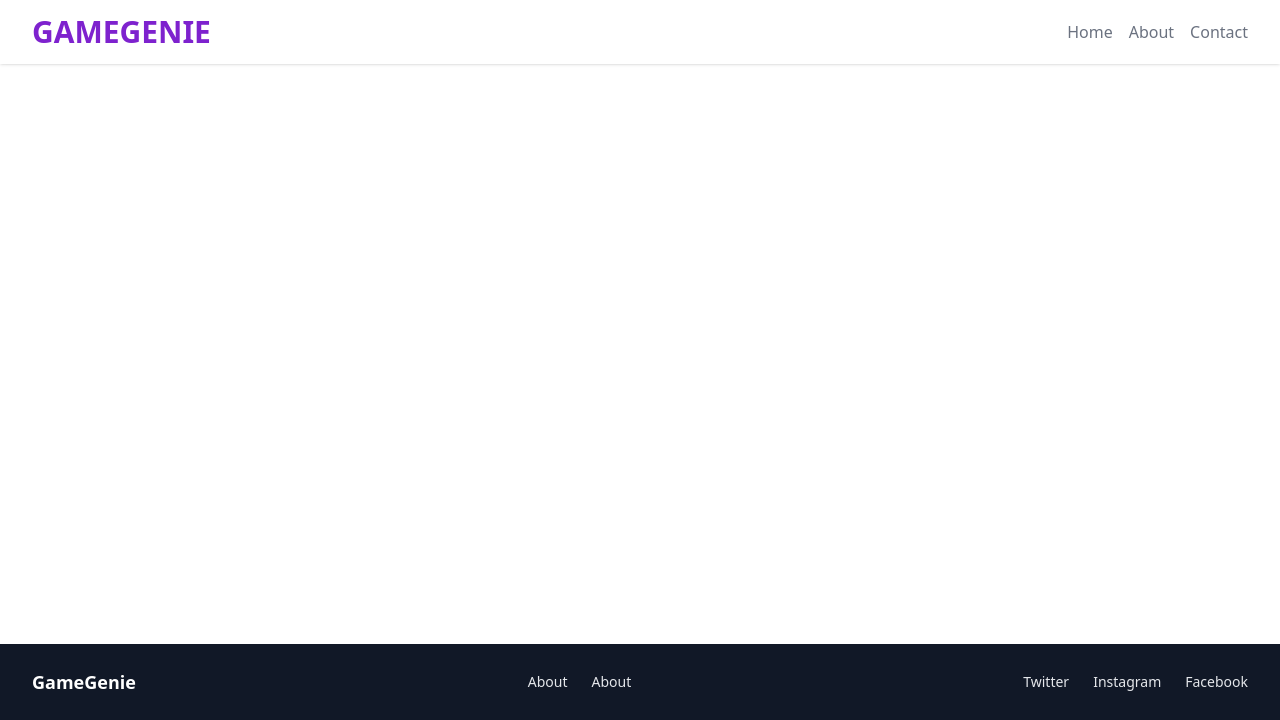
Repository: mfaeezshabbir/Gamegenie
Page: /signup
These files come from the project's save history. The page is drawn as it stood at one moment and after the next save; the edit follows.
The browser window is 1280 px wide. The pictures show the whole page.
The project was rebuilt for these pictures with package versions that can differ from the ones it lists, and the page was loaded fresh each time. The framework's server and built-in components were replaced by stand-ins that run in the browser. Also part of the build but not shown: next.config.js.

Above is the page before, as saved 2023-04-16 15:03:36.

After the next save:
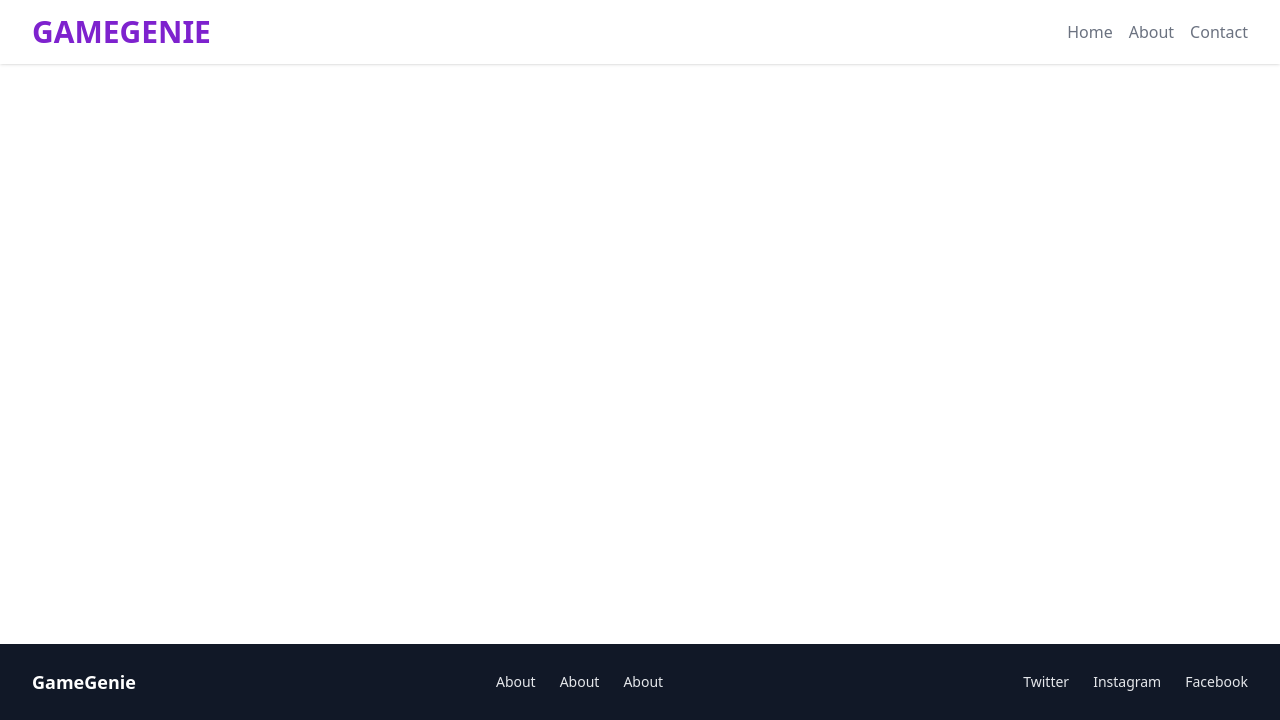
Saved 1 s later.
--- a/components/Footer/Footer.jsx
+++ b/components/Footer/Footer.jsx
@@ -10,6 +10,11 @@
                 </div>
                 <div className="w-full sm:w-auto text-sm">
                     <ul className="flex flex-wrap gap-6">
+                        <li>
+                            <Link href="/about" className="hover:text-gray-400 transition-colors duration-300">
+                                About
+                            </Link>
+                        </li>
                         <li>
                             <Link href="/about" className="hover:text-gray-400 transition-colors duration-300">
                                 About
